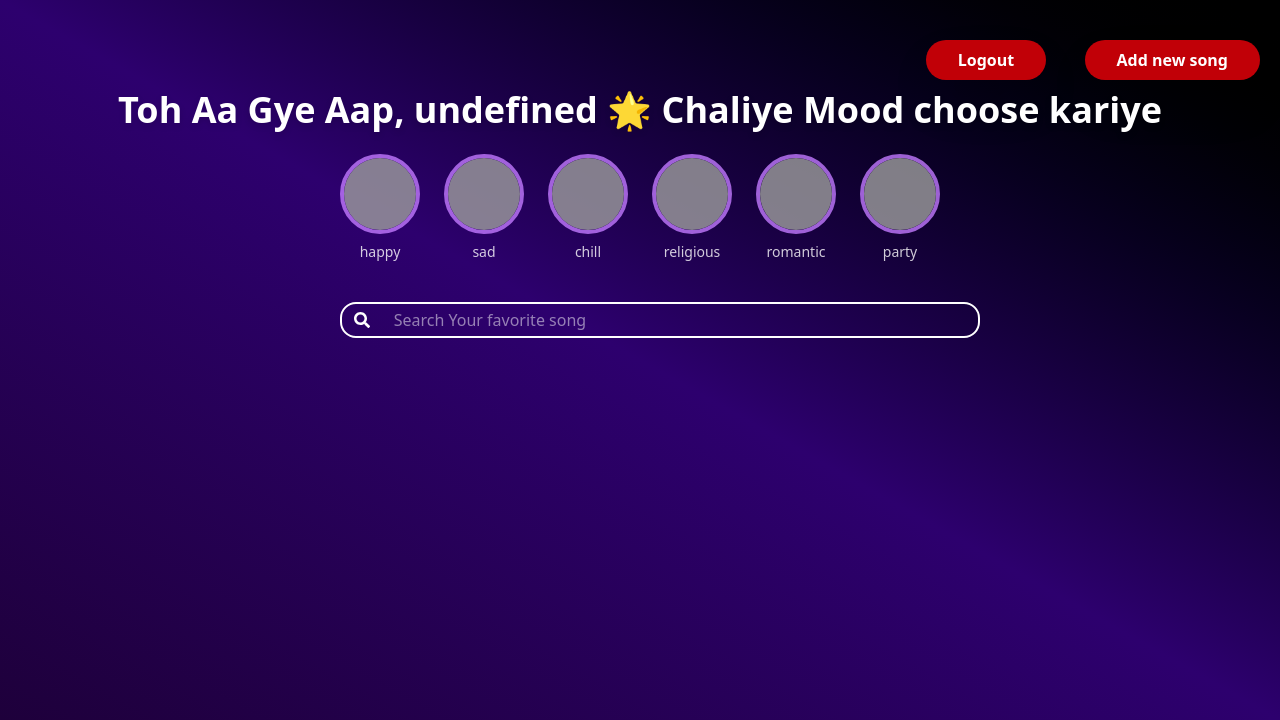
Repository: kanchan-gupta23/vibetunes
Page: /songs (app in client/)
The author's editor kept a copy of each file at every save. The page is drawn from the files as they stood at one save, then again after the next save.
The browser window is 1280 px wide. The pictures show the whole page.
Pictures or frames that could not be fetched are drawn as grey boxes. The page's requests for data from a server got no answer. The project was rebuilt for these pictures with package versions that can differ from the ones it lists, and the page was loaded fresh each time. No one was signed in, and anything a server would have sent is missing. Also part of the build but not shown: client/vite.config.js, client/src/index.css, client/src/Component/admin/AdminLogin.jsx, client/src/Component/admin/AdminRegistration.jsx, client/src/Component/admin/Admin.jsx, client/src/Component/Home.jsx, client/src/Component/User/UserLogin.jsx, client/src/Component/User/UserRegistration.jsx and 4 more.

Above is the page before, as saved 2025-12-27 18:25:27.

### client/src/main.jsx
import React from "react";
import { StrictMode } from "react";
import { createRoot } from "react-dom/client";
import "./index.css";
import App from "./App.jsx";
import Context from "./context/Context.jsx";
import { ToastContainer } from "react-toastify";

createRoot(document.getElementById("root")).render(
  <StrictMode>
    <Context>
      <App />
      <ToastContainer />
    </Context>
  </StrictMode>
);

### client/src/App.jsx
import React from "react";
import AdminLogin from "./Component/admin/AdminLogin";
import AdminRegistration from "./Component/admin/AdminRegistration";
import Admin from "./Component/admin/Admin";
import { Route, Routes, BrowserRouter } from "react-router-dom";
import Home from "./Component/Home";
import UserLogin from "./Component/User/UserLogin";
import UserRegistration from "./Component/User/UserRegistration";
import Songs from "./Component/Songs";
import EditMusic from "./Component/admin/EditMusic";
// import IdSongs from "./Component/IdSongs";

function App() {
  return (
    <div>
      <BrowserRouter>
        <Routes>
          <Route path="/" element={<Home />} />
          <Route path="/admin" element={<Admin />} />
          <Route path="/userLogin" element={<UserLogin />} />
          <Route path="/songs" element={<Songs />} />

          <Route path="/editmusic/:_id" element={<EditMusic />} />

          <Route path="/adminLogin" element={<AdminLogin />} />
          <Route path="/userRegistration" element={<UserRegistration />} />
          <Route path="/adminRegistration" element={<AdminRegistration />} />
        </Routes>
      </BrowserRouter>
    </div>
  );
}

export default App;

### client/src/context/Context.jsx
import React, { createContext, useState, useEffect } from "react";
import axios from "axios";
import { useParams } from "react-router-dom";
import { toast } from "react-toastify";
export const Context = createContext(null);

const ContextProvider = ({ children }) => {
  const [songs, setSongs] = useState([]);
  const [idmusic, SetIdMusic] = useState([]);
  const [user, setUser] = useState([]);
  const [admin, setAdmin] = useState("");
  const [likes, setLikes] = useState("");
  const [dislikes, setDislikes] = useState("");
  const [active, setActive] = useState({});
  const [token, setToken] = useState(localStorage.getItem("Token"));
  const [adminToken, setAdminToken] = useState(
    localStorage.getItem("AdminToken")
  );

  const AdminAuthentication = `Bearer ${adminToken}`;
  const authenticationToken = `Bearer ${token}`;
  const Logout = async () => {
    try {
      setToken("");
      localStorage.removeItem("Token");
    } catch (error) {
      console.log(error);
    }
  };

  const getToken = (newToken) => {
    setToken(newToken);
    if (newToken) {
      localStorage.setItem("Token", newToken);
    } else {
      console.log("Token not found");
    }
  };

  const getAdminToken = (adminToken) => {
    setAdminToken(adminToken);
    if (adminToken) {
      localStorage.setItem("AdminToken", adminToken);
    } else {
      console.log("Admin token not found");
    }
  };

  const getUser = async () => {
    try {
      const response = await axios.get(`https://vibetune-cr9l.onrender.com/user/userData`, {
        headers: { Authorization: authenticationToken },
      });
      console.log("userData", response.data);
      setUser(response.data);
    } catch (error) {
      console.log("Error fetching user data:", error);
    }
  };

  const getAdmin = async () => {
    try {
      const response = await axios.get(
        `https://vibetune-cr9l.onrender.com/admin/adminData`,
        {
          headers: { Authorization: AdminAuthentication },
        }
      );
      console.log("adminData", response.data);
      setAdmin(response.data);
    } catch (error) {
      console.log("Error fetching admin data:", error);
    }
  };

  const Music = async (genre) => {
    try {
      const response = await axios.get(
        `https://vibetune-cr9l.onrender.com/music/getMusicPrams/${genre}`,
        {
          headers: { Authorization: authenticationToken },
        }
      );
      console.log(response.data);
      toast.success(`your ${genre} songs are here`);
      setSongs(response.data);
      SetIdMusic(response.data);
    } catch (error) {
      console.log("Error fetching music:", error);
      toast.error(error.response.data.msg);
    }
  };
  const handleLikesOrDislikes = async (type, _id, likes, dislikes) => {
    try {
      const updatedLikes = type === "likes" ? likes + 1 : likes;
      const updatedDislikes = type === "dislikes" ? dislikes + 1 : dislikes;
      const payload = {
        type,
        _id,
        likes: updatedLikes,
        dislikes: updatedDislikes,
      };
      const response = await axios.put(
        "https://vibetune-cr9l.onrender.com/music/actions",
        payload,
        {
          headers: { Authorization: authenticationToken },
        }
      );
      console.log(response.data);
      toast.success(response.data.msg);
      if (type == "likes") {
        setLikes((prev) => prev + 1);
      } else {
        setDislikes((prev) => prev + 1);
      }
      setActive((prevState) => ({
        ...prevState,
        [_id]: type, // Set the type (likes or dislikes) for this song's ID
      }));
    } catch (error) {
      toast.error(error.response.data.msg);
    }
  };

  // Fetch user and admin data when the component mounts
  useEffect(() => {
    if (token) {
      getUser();
    }
    if (adminToken) {
      getAdmin();
    }
  }, [token, adminToken]);

  return (
    <Context.Provider
      value={{
        songs,
        setSongs,
        Music,
        idmusic,
        AdminAuthentication,
        getToken,
        user,
        authenticationToken,
        getAdminToken,
        admin,
        handleLikesOrDislikes,
        setLikes,
        likes,
        dislikes,
        active,
        Logout,
      }}
    >
      {children}
    </Context.Provider>
  );
};

export default ContextProvider;

### client/src/Component/Songs.jsx
import React, { useContext, useEffect, useRef, useState } from "react";
import axios from "axios";
import { motion } from "framer-motion";
import { FaPlay } from "react-icons/fa";
import { Context } from "../context/Context";
import { FaSearch } from "react-icons/fa";
import IdSongs from "./IdSongs";
import QuerySongs from "./QuerySongs";
import AllSongs from "./AllSongs";
import { Link } from "react-router-dom";

// Example avatar mood options
const moodOptions = [
  {
    genre: "happy",
    avatar:
      "https://pic.funnygifsbox.com/uploads/2020/12/funnygifsbox.com-2020-12-19-15-08-02-7.gif", // happy face
  },
  {
    genre: "sad",
    avatar:
      "https://i.pinimg.com/originals/4d/d7/60/4dd76056feee92a2f0e669afc2361678.gif", // sad face
  },
  {
    genre: "chill",
    avatar:
      "https://i.pinimg.com/originals/f1/bd/14/f1bd1434e50d70458dedfe274b8f1184.gif", // you can replace with relaxed face
  },
  {
    genre: "religious",
    avatar:
      "https://hindu-philosophy.com/wp-content/uploads/2024/08/what-does-hinduism-say-about-cats-Ru.jpeg", // lightning bolt or energy
  },
  {
    genre: "romantic",
    avatar:
      "https://media.tenor.com/2MsCRIkSSgAAAAAM/peach-goma-goma-peach.gif", // heart face
  },
  {
    genre: "party",
    avatar:
      "https://i.pinimg.com/originals/b3/29/9f/b3299f01f2d738c620086602d77e7887.gif", // party hat
  },
];

function Songs() {
  const {
    setSongs,
    songs,
    setLikes,
    Music,
    user,
    idmusic,
    authenticationToken,
    Logout,
  } = useContext(Context);
  const [filtered, setFiltered] = useState([]);
  const [selectedMood, setSelectedMood] = useState("");
  const [value, setValue] = useState("");
  const [query, setQuery] = useState([]);

  const getMoodMessage = () => {
    if (selectedMood) {
      if (selectedMood === "sad") {
        return `Aww, ${user.fullName} 😢 Too Bad Aapka mood ${selectedMood} Hai`;
      } else if (
        ["happy", "party", "religious", "chill", "romantic"].includes(
          selectedMood
        )
      ) {
        return `Good, ${user.fullName} 😄 Hoh Aaj Aap ${selectedMood} Hai`;
      } else {
        return `Toh Aa Gye Aap, ${user.fullName} 🌟 Chaliye Mood choose kariye`;
      }
    }

    return `Toh Aa Gye Aap, ${user.fullName} 🌟 Chaliye Mood choose kariye`;
  };

  // Add a debounce function to limit the number of API calls
  const useDebounce = (value, delay) => {
    const [debouncedValue, setDebouncedValue] = useState(value);

    useEffect(() => {
      const handler = setTimeout(() => {
        setDebouncedValue(value);
      }, delay);

      return () => {
        clearTimeout(handler);
      };
    }, [value, delay]);

    return debouncedValue;
  };

  const handleQuery = async () => {
    try {
      const response = await axios.get(
        `https://vibetune-cr9l.onrender.com/music/getMusicQuery`,
        {
          headers: { Authorization: authenticationToken },
          params: {
            name: value,
            artistName: value,
          },
        }
      );
      console.log(response.data);
      console.log("before", value);
      setQuery(response.data);

      console.log("after", value);
    } catch (error) {
      console.error("Error fetching music:", error);
    }
  };
  const debouncedValue = useDebounce(value, 500);

  useEffect(() => {
    if (debouncedValue) {
      handleQuery();
    }
  }, [debouncedValue, songs]);

  const handleMoodClick = (mood) => {
    setSelectedMood(mood);
  };
  // 1. Fetch fresh songs when mood changes
  useEffect(() => {
    if (selectedMood) {
      Music(selectedMood); // just fetch
    }
  }, [selectedMood]);

  // 2. When songs are updated, filter based on mood
  useEffect(() => {
    if (selectedMood && songs.length > 0) {
      const filteredSongs = songs.filter((song) =>
        song.genre.toLowerCase().includes(selectedMood.toLowerCase())
      );
      setFiltered(filteredSongs);
      setValue("");
    }
  }, [songs, selectedMood]);

  return (
    <div className="min-h-screen overflow-x-hidden bg-gradient-to-tr from-[#1e003b] via-[#2d006e] to-[#000000] py-10 px-5 text-white">
      <div className="w-full mb-2.5 flex justify-end gap-[3vw]  ">
        <button
          onClick={Logout}
          className=" bg-red-700 hover:bg-red-800 text-white px-8 py-2 rounded-full font-bold transition-transform duration-300 shadow-2xl hover:scale-105"
        >
          Logout
        </button>
        <Link
          to="/admin"
          className=" bg-red-700 hover:bg-red-800 text-white px-8 py-2 rounded-full font-bold transition-transform duration-300 shadow-2xl hover:scale-105"
        >
          Add new song
        </Link>
      </div>
      <motion.h1
        initial={{ opacity: 0, scale: 0.8 }}
        animate={{ opacity: 1, scale: 1 }}
        transition={{ duration: 0.8 }}
        className="text-4xl font-bold text-center mb-6 drop-shadow-md"
      >
        {getMoodMessage()}
      </motion.h1>

      {/* Mood Avatars */}
      <div className="flex flex-wrap justify-center gap-6 mb-10">
        {moodOptions.map((mood, index) => (
          <motion.div
            key={mood.genre}
            whileHover={{ scale: 1.1 }}
            whileTap={{ scale: 0.95 }}
            onClick={() => handleMoodClick(mood.genre)}
            className={`flex flex-col items-center cursor-pointer transition-all ${
              selectedMood === mood.genre
                ? "drop-shadow-lg scale-110"
                : "opacity-80 hover:opacity-100"
            }`}
          >
            <img
              src={mood.avatar}
              alt={mood.label}
              className="w-20 h-20 rounded-full border-4 border-purple-400 hover:border-white transition"
            />
            <p className="mt-2 text-sm">{mood.genre}</p>
          </motion.div>
        ))}
      </div>
      {/* Search Panel */}
      <div className="w-screen flex justify-center my-8 ">
        <div className=" w-[50vw] flex justify-around h-[5vh]  rounded-2xl items-center border-2 ">
          <FaSearch className=" " />
          <input
            placeholder="Search Your favorite song"
            className="w-[90%] focus:border-none focus:outline-none  "
            onChange={(e) => {
              setValue(e.target.value);
            }}
            onKeyDown={(e) => {
              if (e.key === "Enter") handleQuery(); // Press Enter to trigger query
            }}
          />
        </div>
      </div>
      {/* Songs Display */}
      <div>
        {/* If the value is empty and there is idmusic, show IdSongs */}
        {value !== "" && query.length > 0 ? (
          <QuerySongs query={query} />
        ) : value === "" && idmusic?.length > 0 ? (
          <IdSongs />
        ) : query.length > 0 ? (
          <QuerySongs query={query} />
        ) : idmusic?.length > 0 ? (
          <IdSongs />
        ) : (
          // Default to AllSongs when no query or idmusic is present
          <AllSongs />
        )}
      </div>
    </div>
  );
}

export default Songs;

### client/src/Component/AllSongs.jsx
import React, { useContext, useEffect, useState } from "react";
import axios from "axios";
import { FaPlay } from "react-icons/fa";
import { motion } from "framer-motion";
import { Context } from "../context/Context";
import { FaHeart } from "react-icons/fa";
import { MdHeartBroken } from "react-icons/md";
import Box from "./Box";
const AllSongs = () => {
  const { setSongs, songs, user, authenticationToken } = useContext(Context);

  const allMusic = async () => {
    const response = await axios.get(
      "https://vibetune-cr9l.onrender.com/music/allMusic",
      {
        headers: { Authorization: authenticationToken },
      }
    );
    console.log(response.data);
    setSongs(response.data);
  };
  useEffect(() => {
    allMusic();
  }, []);

  return (
    <div className=" grid grid-cols-1 sm:grid-cols-2 lg:grid-cols-3 w-[100%] gap-8 ">
      {songs.map((song, index) => (
        <Box
          setSongs={setSongs}
          key={index}
          _id={song._id}
          index={index}
          artistBio={song.artist.bio}
          artistName={song.artist.name}
          url={song.attachments.url}
          songName={song.name}
          songGenre={song.genre}
          likes={song.action.likes}
          dislikes={song.action.dislikes}
        />
      ))}
    </div>
  );
};

export default AllSongs;

Loaded but not shown: client/index.html (common file)

After the next save:
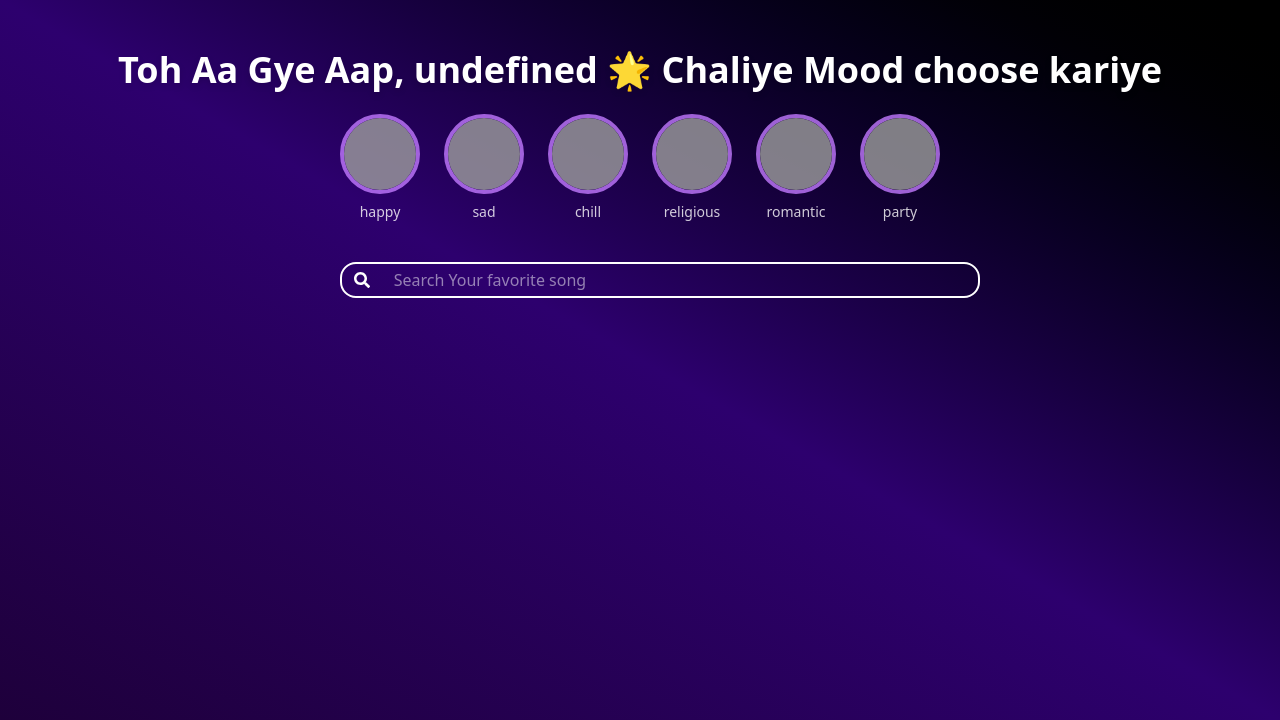
Saved 15 h 8 min later.
--- a/client/src/Component/Songs.jsx
+++ b/client/src/Component/Songs.jsx
@@ -147,18 +147,18 @@ function Songs() {
   return (
     <div className="min-h-screen overflow-x-hidden bg-gradient-to-tr from-[#1e003b] via-[#2d006e] to-[#000000] py-10 px-5 text-white">
       <div className="w-full mb-2.5 flex justify-end gap-[3vw]  ">
-        <button
+        {/* <button
           onClick={Logout}
           className=" bg-red-700 hover:bg-red-800 text-white px-8 py-2 rounded-full font-bold transition-transform duration-300 shadow-2xl hover:scale-105"
         >
           Logout
-        </button>
-        <Link
+        </button> */}
+        {/* <Link
           to="/admin"
           className=" bg-red-700 hover:bg-red-800 text-white px-8 py-2 rounded-full font-bold transition-transform duration-300 shadow-2xl hover:scale-105"
         >
           Add new song
-        </Link>
+        </Link> */}
       </div>
       <motion.h1
         initial={{ opacity: 0, scale: 0.8 }}
